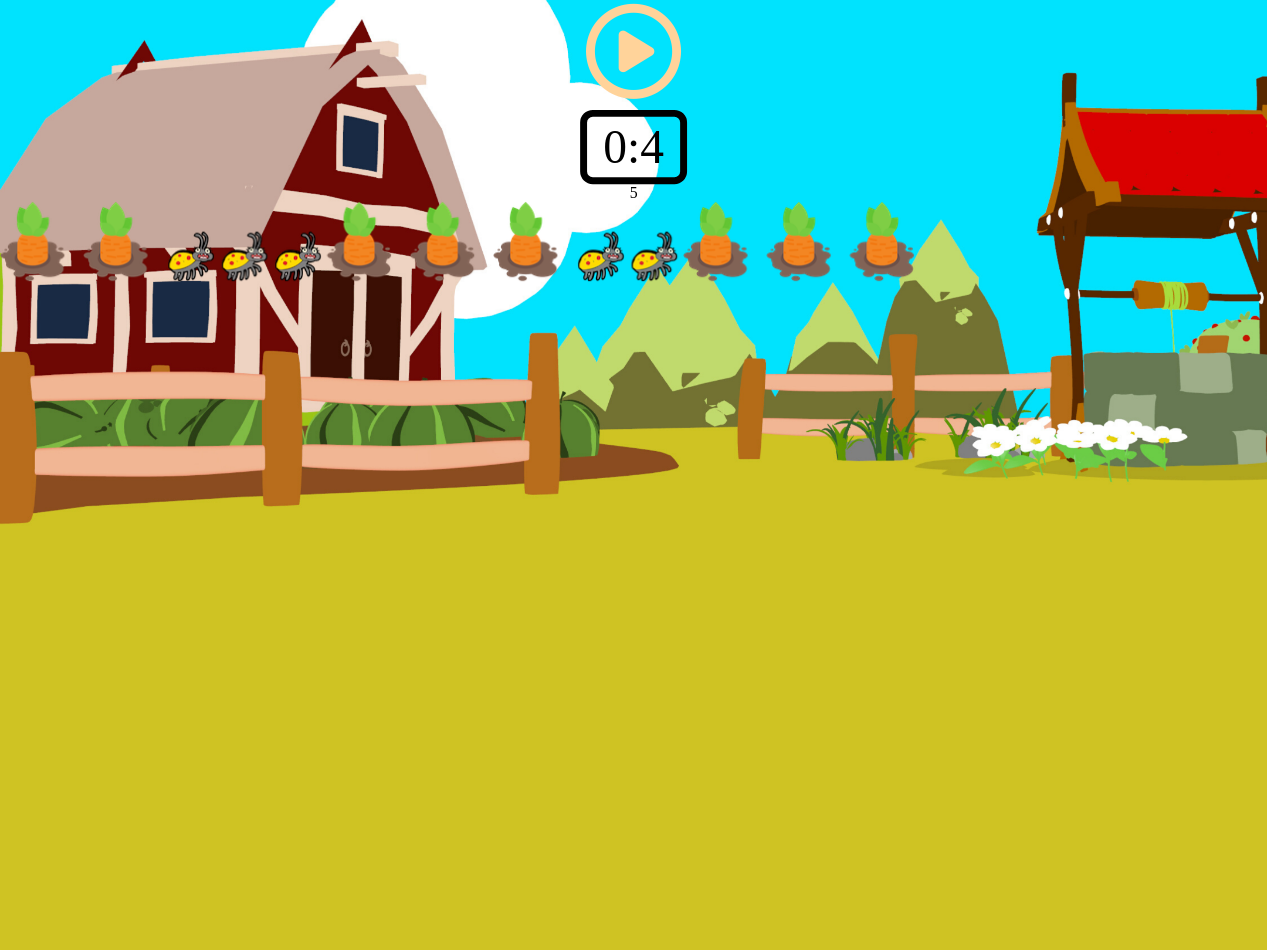
Repository: sephinejo/Mini-carrot-game
Page: index.html
These files come from the project's save history. The page is drawn as it stood at one moment and after the next save; the edit follows.
The browser window is 1280 px wide. The pictures show the whole page, at 99% of full size.
Some web fonts or font styles are not loaded; a fallback is used. Some web libraries are served in a nearby version.

Above is the page before, as saved 2023-05-14 21:26:20.

After the next save:
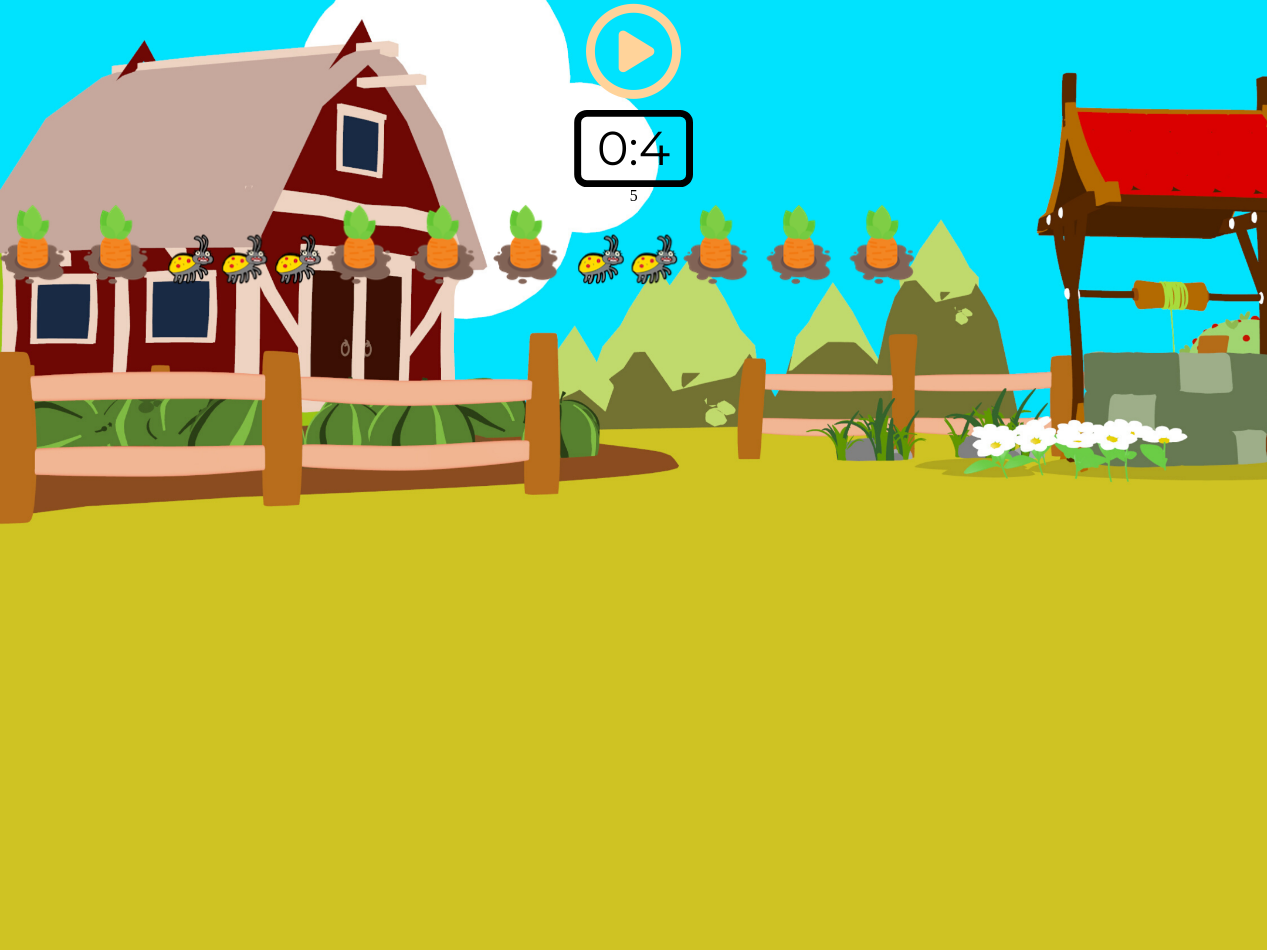
Saved 7 s later.
--- a/style.css
+++ b/style.css
@@ -24,7 +24,7 @@ body {
 }
 
 .info__timer {
-  font-family: Monsterrat;
+  font-family: Montserrat;
   font-size: 3rem;
   border: 0.45rem solid black;
   border-radius: 0.8rem;
